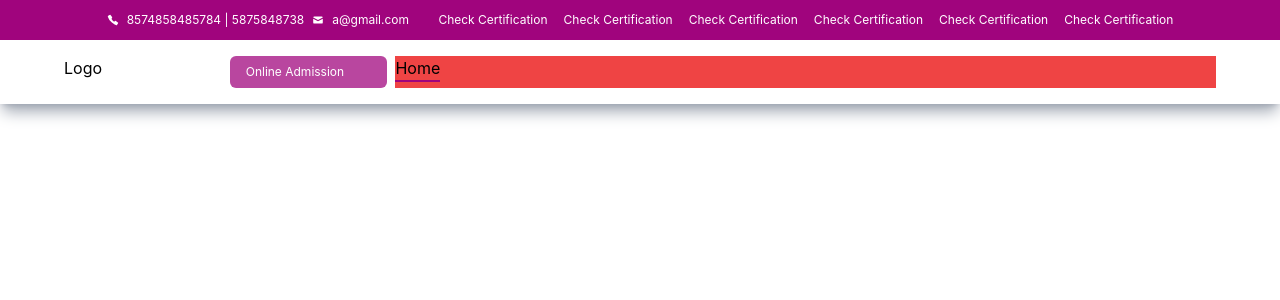
Repository: Sushant203/react-training-
Page: /
The author's editor kept a copy of each file at every save. The page is drawn from the files as they stood at one save, then again after the next save.
The browser window is 1280 px wide. The pictures show the whole page.
The project was rebuilt for these pictures with package versions that can differ from the ones it lists, and the page was loaded fresh each time. Also part of the build but not shown: src/App.css, src/components/LowerNav.jsx, src/components/UpperNav.jsx.

Above is the page before, as saved 2022-12-19 09:49:30.

### src/App.js

import './App.css';
import LowerNav from './components/LowerNav';
import UpperNav from './components/UpperNav';
import Layout from './Hoc/Layout/Layout'

function App() {
  return (
    <div>
     <Layout />
    </div>
  );
}

export default App;

### src/Hoc/Layout/Layout.jsx
import React from "react";
import Toolbar from "../../components/Naviagtion/Toolbar/index";

function Layout() {
  return (
    <div>
      {/* toolbar */}
      <Toolbar />
    </div>
  );
}

export default Layout;

### src/components/Naviagtion/Toolbar/index.jsx
import React from "react";
import Header from "./header";
import Secondary from "./Secondary";

function Index() {
  return (
    <div className="h-fit bg-mainColor w-screen shadow-lg shadow-gray-400 ">
      <Header />
      <Secondary />
    </div>
  );
}

export default Index;

### src/components/Naviagtion/Toolbar/header.jsx
import React from "react";
import { IoCallSharp } from "react-icons/io5";
import { HiMail } from "react-icons/hi";
function Header() {
  const NavLinks = [
    { title: "check certificate" },
    { title: "check certificate" },
    { title: "check certificate" },
    { title: "check certificate" },
    { title: "check certificate" },
    { title: "check certificate" },
  ];
  return (
    <div className="py-3  w-10/12 mx-auto flex items-center justify-between text-xs">
      {/* number and email */}
      <div className="flex gap-2  text-white">
        <div className="flex gap-2  items-center">
          <IoCallSharp />
          8574858485784 | 5875848738
        </div>
        <div className=" flex gap-2 items-center">
          <HiMail />
          a@gmail.com
        </div>
      </div>
      {/* navigation links */}
      <div className="text-white flex gap-4 text-xs ">
        {NavLinks.map((val, i) => {
          return (
            <div key={i} className="capitalize ">
              check certification
            </div>
          );
        })}
      </div>
    </div>
  );
}

export default Header;

### src/components/Naviagtion/Toolbar/Secondary.jsx
import React from "react";

function Secondary() {
  const Nalink = [
    {
      title: "Home",
    },
    {
      title: "Home",
    },
    {
      title: "Home",
    },
    {
      title: "Home",
    },
    {
      title: "Home",
    },
    {
      title: "Home",
    },
    {
      title: "Home",
    },
    {
      title: "Home",
    },
  ];
  return (
    <div className="grid grid-cols-7 gap-2 justify-between px-16 w-full py-4 bg-white">
      <div>Logo</div>
      <div className="bg-mainColor px-4 py-2 animate-pulse duration-700 delay-200 text-xs rounded-md transition-all cursor-pointer text-white">
        Online Admission
      </div>
      <div className="col-span-5 bg-red-500">
        <div className="border-b-2 w-fit  border-mainColor ">Home</div>
      </div>
    </div>
  );
}

export default Secondary;

### tailwind.config.js
/** @type {import('tailwindcss').Config} */
module.exports = {
  content: [
    "./src/**/*.{js,jsx,ts,tsx}",
  ],
  theme: {
    extend: {
      colors:{
        mainColor:'#A0047D'
      }
    },
  },
  plugins: [],
}

Loaded but not shown: public/index.html (common file); src/index.js (common file); src/index.css (common file); src/reportWebVitals.js (common file)

After the next save:
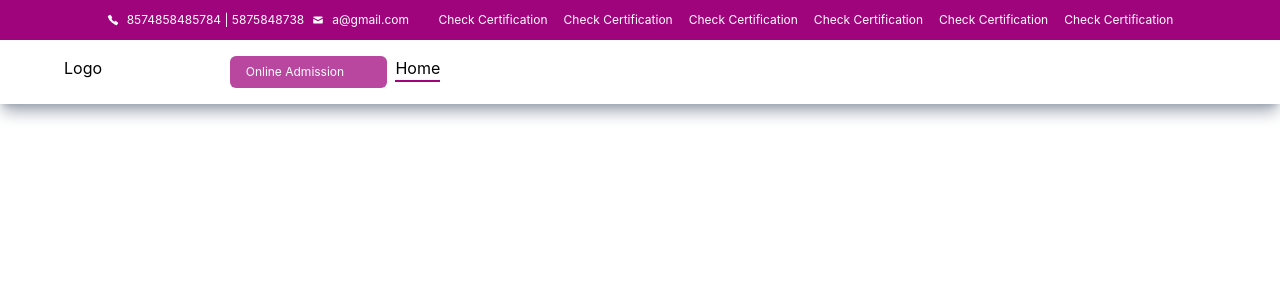
Saved 5 s later.
--- a/src/components/Naviagtion/Toolbar/Secondary.jsx
+++ b/src/components/Naviagtion/Toolbar/Secondary.jsx
@@ -33,7 +33,7 @@ function Secondary() {
       <div className="bg-mainColor px-4 py-2 animate-pulse duration-700 delay-200 text-xs rounded-md transition-all cursor-pointer text-white">
         Online Admission
       </div>
-      <div className="col-span-5 bg-red-500">
+      <div className="col-span-5 ">
         <div className="border-b-2 w-fit  border-mainColor ">Home</div>
       </div>
     </div>
